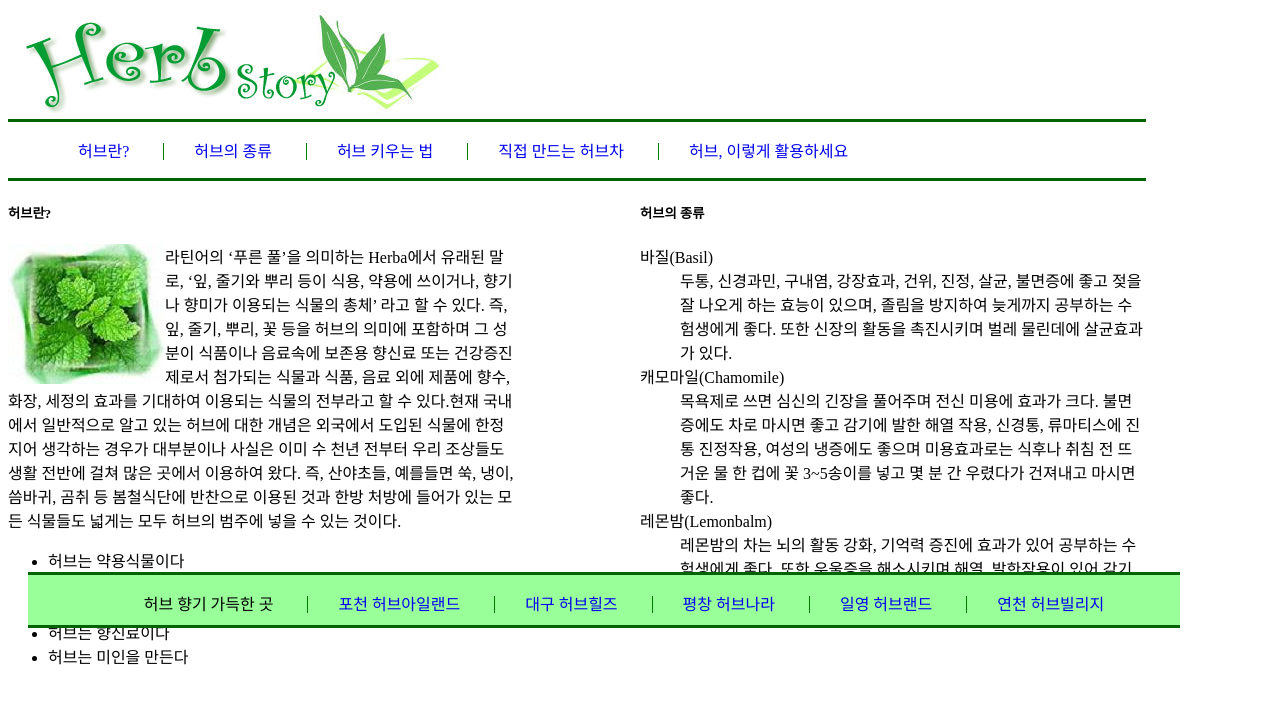
Repository: RyuJelly/java_web
Page: CSS/WebContent/exam2/layout.htm
These files come from the project's save history. The page is drawn as it stood at one moment and after the next save; the edit follows.
The browser window is 1280 px wide. The pictures show the whole page.

Above is the page before, as saved 2021-03-08 06:07:59.

After the next save:
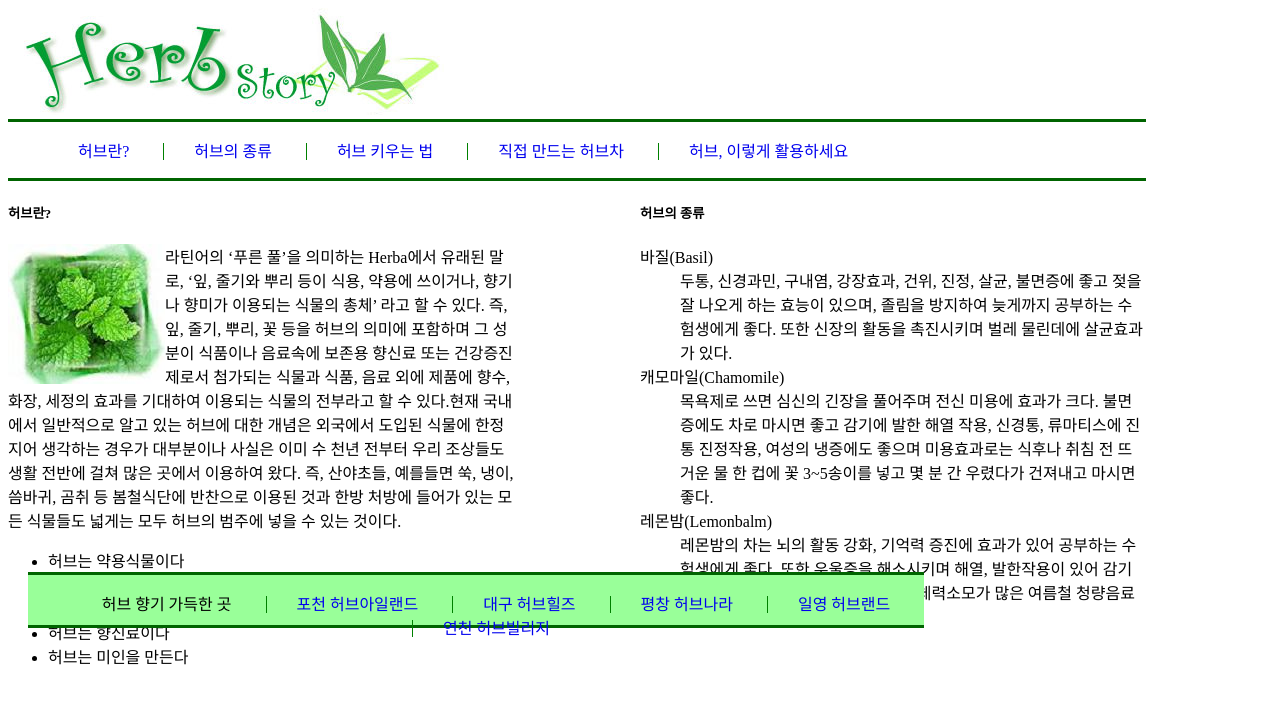
Saved 21 s later.
--- a/CSS/WebContent/exam2/layout.htm
+++ b/CSS/WebContent/exam2/layout.htm
@@ -36,7 +36,7 @@
 		margin-right: 10%;
 	}
 	#infolist{
-		width: 90%;
+		width: 70%;
 		text-align: center;
 		border-top: 3px solid darkgreen;
 		border-bottom: 3px solid darkgreen;
